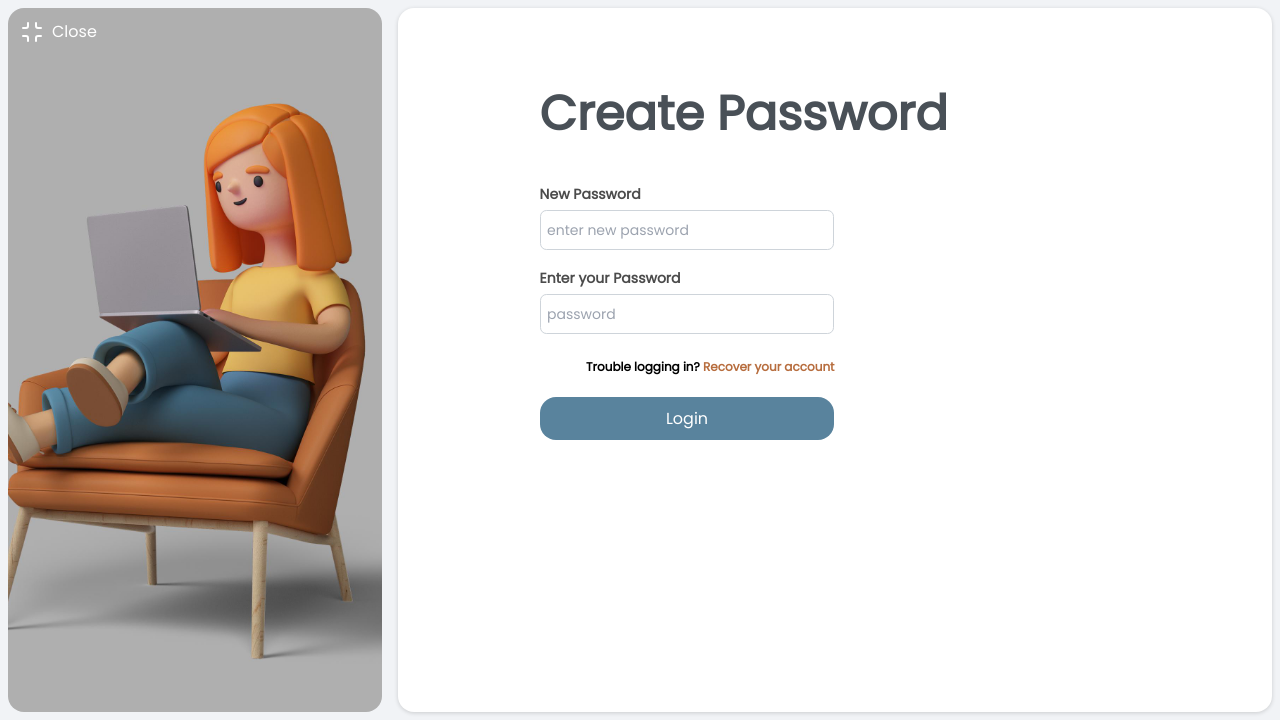
Repository: syni18/cleareyecare
Page: /reset-password (app in client/)
The author's editor kept a copy of each file at every save. The page is drawn from the files as they stood at one save, then again after the next save.
The browser window is 1280 px wide. The pictures show the whole page.
The page's requests for data from a server got no answer. Some web fonts or font styles are not loaded; a fallback is used. Some web libraries are served in a nearby version. The project was rebuilt for these pictures with package versions that can differ from the ones it lists, and the page was loaded fresh each time. No one was signed in, and anything a server would have sent is missing. Also part of the build but not shown: client/vite.config.js, client/src/components/nav/navigation.css, client/src/components/dropdown/Dropdown.jsx, client/src/redux/store/cartStore.js, client/src/components/nav/Navigation.jsx, client/src/components/footer/footer.css, client/src/components/footer/Footer.jsx.

Above is the page before, as saved 2024-11-17 20:52:18.

### client/index.html
<!doctype html>
<html lang="en">
  <head>
    <meta charset="UTF-8" />
    <link rel="icon" type="image/svg+xml" href="/vite.svg" />
    <meta name="viewport" content="width=device-width, initial-scale=1.0" />
    <link rel="stylesheet" type="text/css" charset="UTF-8" href="https://cdnjs.cloudflare.com/ajax/libs/slick-carousel/1.6.0/slick.min.css" />
    <link rel="stylesheet" type="text/css" href="https://cdnjs.cloudflare.com/ajax/libs/slick-carousel/1.6.0/slick-theme.min.css" />
    <title>Clear Eye Care</title>
  </head>
  <body>
    <div id="root"></div>
    <script type="module" src="/src/main.jsx"></script>
  </body>
</html>

### client/src/main.jsx
import React from "react";
import ReactDOM from "react-dom/client";
import App from "./App.jsx";
import "./index.css";
import store from "./redux/store.js";
import { Provider } from "react-redux";
import { QueryClient, QueryClientProvider } from "react-query";

const queryClient = new QueryClient();

ReactDOM.createRoot(document.getElementById("root")).render(
  <React.StrictMode>
    <Provider store={store}>
      <QueryClientProvider client={queryClient}>
        <App />
      </QueryClientProvider>
    </Provider>
  </React.StrictMode>
);

### client/src/App.jsx
import React, { Suspense, lazy } from "react";
import { createBrowserRouter, RouterProvider } from "react-router-dom";
import Navigation from "./components/nav/Navigation";
import Footer from "./components/footer/Footer";
import "./App.css"; // Ensure global CSS is imported

// Dynamic imports
const HomePage = lazy(() => import("./components/homepage/HomePage"));
const Login = lazy(() => import("./components/auth/Login"));
const Signup = lazy(() => import("./components/auth/Signup"));
// new ui
// const Signup = lazy(() => import("./containers/Authentication/signup/Signup"));
const Recovery = lazy(() => import("./components/auth/Recovery"));
const ResetPassword = lazy(() => import("./components/auth/ResetPassword"));
const ShoppingBag = lazy(() => import("./components/cart/ShoppingBag"));
const Profile = lazy(() => import("./components/profile/Profile"));
const ProfileInfo = lazy(() => import("./components/profile/ProfileInfo"));
const ManageAddress = lazy(() => import("./components/address/ManageAddress"));
const PANUpload = lazy(() => import("./components/PANupload/PANUpload"));
const SavedAuthPayCard = lazy(() =>
  import("./components/savedauthpayment/SavedAuthPayCard")
);
const SavedAuthPayUPI = lazy(() =>
  import("./components/savedauthpayment/SavedAuthPayUPI")
);
const GiftCard = lazy(() => import("./components/giftcard/GiftCard"));
const Coupons = lazy(() => import("./components/coupons-offers/Coupons"));
const Watchlist = lazy(() => import("./components/watchlist/Watchlist"));
const Orders = lazy(() => import("./components/orders/Orders"));
const SpecificOrders = lazy(() => import("./components/orders/SpecificOrders"));
const ItemDetails = lazy(() => import("./components/products/ItemDetails"));
const SizeChart = lazy(() => import("./components/sizechart/SizeChart"));
const RateProductForm = lazy(() =>
  import("./components/rateproductform/RateProductForm")
);
const ProductView = lazy(() => import("./components/products/ProductView"));
const BillingAddress = lazy(() => import("./components/cart/BillingAddress"));
const CartLogin = lazy(() => import("./components/empty/CartLogin"));
const Banner = lazy(() => import("./components/banner/Banner"));
const Dashboard = lazy(() => import("./components/game/compnents/Dashboard"));


// Layout Component
const Layout = ({ children, showHeaderFooter = true }) => (
  <>
    {showHeaderFooter && <Navigation />}
    <Suspense fallback={<div>Loading...</div>}>{children}</Suspense>
    {showHeaderFooter && <Footer />}
  </>
);


const router = createBrowserRouter([
  {
    path: "/",
    element: (
      <Layout>
        <Banner />
        <HomePage />
      </Layout>
    ),
  },
  {
    path: "/login",
    element: (
      <Layout showHeaderFooter={false}>
        <Login />
      </Layout>
    ),
  },
  {
    path: "/signup",
    element: (
      <Layout showHeaderFooter={false}>
        <Signup />
      </Layout>
    ),
  },
  {
    path: "/recovery",
    element: (
      <Layout showHeaderFooter={false}>
        <Recovery />
      </Layout>
    ),
  },
  {
    path: "/reset-password",
    element: (
      <Layout showHeaderFooter={false}>
        <ResetPassword />
      </Layout>
    ),
  },
  {
    path: "/cart",
    element: (
      <Layout>
        <ShoppingBag />
      </Layout>
    ),
  },
  {
    path: "/profile",
    element: (
      <Layout>
        <Profile />
      </Layout>
    ),
    children: [
      { path: "", element: <ProfileInfo /> },
      { path: "userinfo", element: <ProfileInfo /> },
      { path: "manage-address", element: <ManageAddress /> },
      { path: "pan-upload", element: <PANUpload /> },
      { path: "saved-auth-payment-cards", element: <SavedAuthPayCard /> },
      { path: "saved-auth-payment-upi", element: <SavedAuthPayUPI /> },
      { path: "saved-auth-giftCards", element: <GiftCard /> },
      { path: "myCoupons", element: <Coupons /> },
      { path: "reviews-ratings", element: <GiftCard /> },
      { path: "watchlist", element: <Watchlist /> },
    ],
  },
  {
    path: "/orders",
    element: (
      <Layout>
        <Orders />
      </Layout>
    ),
  },
  {
    path: "/specific-orders/:id",
    element: (
      <Layout>
        <SpecificOrders />
      </Layout>
    ),
  },
  {
    path: "/item/:id",
    element: (
      <Layout>
        <ItemDetails />
      </Layout>
    ),
    children: [{ path: "", element: <SizeChart /> }],
  },
  {
    path: "/rate&review-pkg",
    element: (
      <Layout>
        <RateProductForm />
      </Layout>
    ),
  },
  {
    path: "/search-items",
    element: (
      <Layout>
        <ProductView />
      </Layout>
    ),
  },
  {
    path: "/cart-address",
    element: (
      <Layout>
        <BillingAddress />
      </Layout>
    ),
  },
  {
    path: "/cart-login",
    element: (
      <Layout>
        <CartLogin />
      </Layout>
    ),
  },
  {
    path: "/game",
    element: (
      <Layout showHeaderFooter={false}>
        <Dashboard />
      </Layout>
    ),
  },
]);

function App() {
  return (
    <main>
      <RouterProvider router={router} />
    </main>
  );
}

export default App;

### client/src/index.css
@tailwind base;
@tailwind components;
@tailwind utilities;

:root {
  font-family: Inter, system-ui, Avenir, Helvetica, Arial, sans-serif;
  line-height: 1.5;
  font-weight: 400;
  background-color: #f1f3f6;;

  text-rendering: optimizeLegibility;
  -webkit-font-smoothing: antialiased;
  -moz-osx-font-smoothing: grayscale;
}
html, body {
  height: 100%;
  margin: 0;
}

/* Flexbox setup on the body to push the footer down */
body {
  display: flex;
  flex-direction: column;
  justify-content: space-between; /* This will push the footer to the bottom */
}

.footer-wrapper {
  margin-top: auto; /* This will automatically adjust the margin to push the footer to the bottom */
}

### client/src/redux/store.js
// src/redux/store.js
import { configureStore } from '@reduxjs/toolkit';
import cartReducer from './reducer/cartReducer';
import watchlistReducer from './reducer/watchlistReducer';

const store = configureStore({
  reducer: {
    cart: cartReducer,
    watchlist: watchlistReducer,
  },
});

export default store;

### client/src/App.css
@import url('https://fonts.googleapis.com/css2?family=Bellota:wght@700&family=Poppins&family=Quicksand:wght@300&display=swap');
*{
    margin: 0;
    padding: 0;
    box-sizing: border-box;
    font-family: Poppins;
}
ul{
  list-style: none;
}

a {
  color: black;
  text-decoration: none;
}
input::-webkit-inner-spin-button,
input::-webkit-outer-spin-button{
    -webkit-appearance: none;
    margin: 0;
}
input::-webkit-search-cancel-button{
    display: none;
}

### client/src/components/auth/ResetPassword.jsx
import { useFormik } from 'formik';
import { Minimize } from 'lucide-react';
import React from 'react'
import './login.css';
import { Link, Navigate, useNavigate } from 'react-router-dom';
import { resetPasswordValidation } from '../../helper/validate';
import { resetPassword } from '../../helper/helper';
import { useAuthStore } from '../../redux/store/authStore';
import toast, { Toaster } from "react-hot-toast";
import useFetch from '../../hooks/fetchHooks';
import AuthLeftBox from './AuthLeftBox';

const FormField = ({ label, type, id, placeholder, formikProps }) => (
  <>
    <label htmlFor={id}>{label}</label>
    <input type={type} id={id} placeholder={placeholder} {...formikProps} />
  </>
);

function ResetPassword() {
  const {useremail} = useAuthStore(state => state.auth);
  const [{ isLoading, apiData, status, serverError }] = useFetch("createResetSession");
  const {handleSubmit, getFieldProps} = useFormik({
    initialValues: {
      password: "",
      confirmPassword: ""
    },
    validate: resetPasswordValidation,
    validateOnBlur: false,
    validateOnChange:false,
    onSubmit: async (values) => {
      console.log("values: ", values, useremail);
      let resetPromise = resetPassword({useremail, password: values.password});

      toast.promise(resetPromise, {
        loading: 'Updating...',
        success: <b>Reset Succesfully.</b>,
        error: <b>Could not Reset! Try again</b>
      })
      resetPromise.then(function(){
        navigate('/login')
      })
    }
  })
  const navigate = useNavigate();
  const handleCloseBox = () => {
    navigate("/");
  };
    // if (isLoading) return <h1 className="text-2xl font-bold">isLoading</h1>;
    // if (serverError)
    //   return <h1 className="text-xl text-red-500">{serverError.message}</h1>;
    // if (status && status !== 201)
    //   return <Navigate to={"/login"} replace={true}></Navigate>;
  return (
    <section className="login-wrapper">
      <Toaster position="bottom-right" />
      <div className="login-container">
        <AuthLeftBox />
        <div className="loco-right">
          <div className="lort-box">
            <span className="lrtb-header">Create Password</span>
            <form className="login-form-wrapper" onSubmit={handleSubmit}>
              <FormField
                label="New Password"
                type="text"
                id="pswd-help"
                placeholder="enter new password"
                fieldProps={getFieldProps("newpassword")}
              />
              <FormField
                label="Enter your Password"
                type="password"
                id="paswd-help"
                placeholder="password"
                fieldProps={getFieldProps("password")}
              />
              <div className="lfw-forget">
                Trouble logging in?
                <Link to="/recovery">
                  <span className="lfw-forget-link">Recover your account</span>
                </Link>
              </div>
              <button type="submit">Login</button>
              {/* <Link to='/signup'>
                <button type="button" id="lfw-create-account">
                  Create Account
                </button>
              </Link> */}
            </form>
          </div>
        </div>
      </div>
    </section>
  );
}

export default ResetPassword

### client/src/components/auth/login.css
:root {
    --primary-color: #59839d;
    --secondary-color: #f1f3f6;
    --text-color: #495057;
    --border-color: #ced4da;
    --hover-bg-color: #f8f9fa;
    --light-bg-color: #ffffff;
}

.login-wrapper {
    width: 100%;
    height: 100vh;
    display: flex;
    align-items: center;
    justify-content: center;
    background-color: var(--secondary-color);
}

.auth-wrap-close {
    position: absolute;
    top: 20px;
    left: 20px;
    color: white;
    display: flex;
    align-items: center;
    cursor: pointer;
}

.auth-wrap-close .auth-wrcl-text {
    margin-left: 0.5rem;
}

.login-container {
    position: relative;
    width: 100%;
    height: 100%;
    display: flex;
}

.login-container .loco-left {
    flex: 30%;
    display: flex;
    flex-direction: column;
    justify-content: center;
    margin: 0.5rem;
    border-radius: 16px;
    background-image: url('../../assets/5141092.jpg'); /* Replace with your image path */
    background-size: cover;
    background-position: center;
    background-repeat: no-repeat;
    color: #ffffff;
}

.login-container .loco-left h1 {
    font-size: 3rem;
    font-weight: 500;
    width: max-content;
    margin-left: 2rem;
    border-bottom: 7px solid #ffffff;
    border-radius: 4px;
}

.login-container .loco-left h3,
.login-container .loco-left h5 {
    font-weight: normal;
    margin-top: 1rem;
    margin-left: 2rem;
}

.login-container .loco-right {
    flex: 70%;
    box-shadow: rgba(0, 0, 0, 0.16) 0px 1px 4px;
    display: flex;
    justify-content: center;
    align-items: center;
    margin: 0.5rem;
    border-radius: 16px;
    flex-direction: column;
    background-color: var(--light-bg-color);
}

.lort-box {
    width: 75%;
    /* border: 1px solid black; */
    height: 80%;
}

.lort-already {
    width: 80%;
    margin: 1rem;
    text-align: right;
}

.lrtady-link {
    cursor: pointer;
}

.lrtady-span-text {
    opacity: 0.5;
    font-size: 14px;
}

.lrtady-login {
    color: #b76d3e;
    font-weight: 600;
    margin-left: 0.25rem;
    font-size: 14px;
}

.lrtb-header {
    margin: 1rem 1rem 1rem 2rem;
    font-size: 48px;
    color: var(--text-color);
    font-weight: 900;
}

.social-signup {
    display: flex;
    gap: 1rem;
    margin: 3rem 1rem 1rem 2rem;
}

.social-btn {
    display: flex;
    align-items: center;
    justify-content: center;
    gap: 0.5rem;
    padding: 0.40rem 2.1rem;
    border: 1px solid var(--border-color);
    border-radius: 9px;
    text-decoration: none;
    color: var(--text-color);
    background-color: var(--light-bg-color);
    transition: background-color 0.3s ease, transform 0.2s ease;
}

.social-btn:hover {
    background-color: var(--hover-bg-color);
    transform: scale(1.0);
}

.google-btn svg,
.facebook-btn svg {
    width: 1.5rem;
    height: 1.5rem;
}

.horizontal-divider-with-text {
    display: flex;
    margin: 3rem 1rem 1rem 2rem;
    width: 45%;
    font-size: 14px;
    font-weight: 600;
}

.horizontal-divider-with-text span {
    font-size: 1rem;
    font-weight: bold;
    color: #555;
}

.loco-right .login-form-wrapper {
    width: 45%;
    margin: 2rem 1rem 2rem 2rem;
}

.login-form-wrapper label {
    font-size: 14px;
    font-weight: 600;
    opacity: 0.7;
}

.login-form-wrapper input {
    outline: none;
    border: 1px solid var(--border-color);
    width: 100%;
    height: 2.5rem;
    font-size: 14px;
    padding-left: 0.4rem;
    margin: 0.25rem 0 1rem 0;
    border-radius: 0.4rem;
    background-color: var(--light-bg-color);
}

.login-form-wrapper input:focus::-webkit-input-placeholder {
    color: transparent;
}

.login-form-wrapper p {
    margin-top: 1.5rem;
    font-size: 12px;
}

.login-form-wrapper p em {
    color: var(--primary-color);
    cursor: pointer;
}

.lfw-name {
    display: flex;
}

.lfw-name span:first-child {
    margin-right: 0.5rem;
}

.login-form-wrapper button,
.login-linkbtn {
    width: 100%;
    margin-top: 0.8rem;
    border-radius: 1rem;
    border: none;
    padding: 0.6rem 2rem;
    background: var(--primary-color);
    color: #ffffff;
    cursor: pointer;
}
#lfw-create-account {
    width: 100%;
    margin-top: 0.8rem;
    border-radius: 9rem;
    border: none;
    padding: 0.6rem 2rem;
    background: #b76d3e;
    color: #ffffff;
    cursor: pointer;
}

.lfw-forget{
    font-size: 12px;
    width: 100%;
    margin: 0.5rem 0;
    text-align: right;
    /* border: 1px solid black; */
    font-weight: 900;
}
.lfw-forget-link {
    color: #b76d3e;
    margin-left: 0.2rem;
}
/* Responsive Styles */
@media (max-width: 1200px) {
    .login-container {
        flex-direction: column; /* Stack the left and right sections on smaller screens */
    }

    .login-container .loco-left,
    .login-container .loco-right {
        flex: 100%; /* Full width for both sections */
        margin: 0; /* Remove margins for better alignment */
    }

    .lort-box {
        width: 90%; /* Adjust width for smaller screens */
    }

    .loco-right .login-form-wrapper {
        width: 90%; /* Adjust form width */
    }
}

@media (max-width: 992px) {
    .lbtb-header {
        font-size: 36px; /* Reduce header size */
    }

    .social-signup {
        flex-direction: column; /* Stack social buttons */
        align-items: center; /* Center align */
    }

    .social-btn {
        width: 100%; /* Full width for social buttons */
        margin-bottom: 1rem; /* Add space between buttons */
    }
}

@media (max-width: 768px) {
    .login-container .loco-left h1 {
        font-size: 2.5rem; /* Reduce heading size */
    }

    .login-container .loco-left h3,
    .login-container .loco-left h5 {
        margin-left: 1rem; /* Reduce margin */
    }

    .login-form-wrapper label {
        font-size: 12px; /* Reduce label size */
    }

    .login-form-wrapper input {
        height: 2rem; /* Reduce input height */
    }

    .login-form-wrapper button {
        padding: 0.5rem 1.5rem; /* Adjust button padding */
    }
}

@media (max-width: 576px) {
    .login-container {
        flex-direction: column; /* Stack entire login container */
    }
    .login-container .loco-left {
        display: none; /* Hide the AuthLeftbox component */
    }
    .lort-already {
        display: none; /* Hide the element */
    }
    .login-container .loco-left,
    .login-container .loco-right {
        flex: 100%; /* Full width */
    }

    .lort-box {
        width: 95%; /* Adjust box width */
    }

    .horizontal-divider-with-text {
        width: 90%; /* Adjust width for smaller screens */
    }

    .login-form-wrapper {
        width: 100%; /* Full width for form wrapper */
    }
}

### client/src/components/auth/AuthLeftBox.jsx
import React from 'react'
import { Minimize } from "lucide-react";
import { useNavigate } from 'react-router-dom';

function AuthLeftBox() {
  const navigate = useNavigate();
    const handleCloseBox = () => {
      navigate("/");
    };
  return (
    <>
      {" "}
      <span className="auth-wrap-close" onClick={handleCloseBox}>
        <Minimize /> <span className="auth-wrcl-text">Close</span>
      </span>
      <div className="loco-left">

      </div>
    </>
  );
}

export default AuthLeftBox

### client/src/components/dropdown/dropdown.css
:root {
  --primary-bg: #242526;
  --secondary-bg: #fff;
  --primary-text-color: #555;
  --secondary-text-color: #cecece;
  --border-radius: 4px;
  --speed: 500ms;
}
.auth-dropdown-wrapper{
  position: absolute;
  top:50px;
  right: 150px;
  background-color: #fff;
  border-radius: var(--border-radius);
  /* padding: 8px 15px; */
  width: 150px;
  border: 1px solid #d3d3d3;
}
.auth-dropdown-wrapper::before{
  content: '';
  position: absolute;
  z-index: ;
  top: -25px;
  right: 5px;
  background-color: transparent;
  /* border: 1px solid #d3d3d3; */
  height: 25px;
  width: 45px;

  transform: rotate(90deg);
}
.dropdown-menu.active{
  opacity: 1;
  visibility: visible;
  transform: translateY(0);
  transition: var(--speed) ease;
}

.dropdown-menu.inactive{
  opacity: 0;
  visibility: hidden;
  transform: translateY(-20px);
  transition: var(--speed) ease;
}
.auth-dropdown-container li a{
  display: flex;
  align-items: center;
  justify-content: space-between;
  /* margin: 0.5rem 0; */
  padding: 8px  10px;
  /* border-top: 1px solid rgba(0, 0, 0, 0.05); */
}
.auth-dropdown-container li .lucide {
  color: #555;
}
.auth-dropdown-container li:hover{
  background-color: #f1f3f6;
  border-radius: 4px;
  color: #007bff;
  /* font-weight: 600; */
}
.auth-dropdown-container li:hover .lucide{
  color: #f1f3f6 !important;
  fill: #007bff;
}

### client/tailwind.config.js
/** @type {import('tailwindcss').Config} */
module.exports = {
  content: [
    "./src/**/*.{js,jsx,ts,tsx}", // Targeting React component files
    "./public/index.html", // Include HTML entry file if necessary
  ],
  theme: {
    extend: {
      colors: {
        customBlue: "#1B9C9C",
        customGray: "#333333",
      },
    },
  },
  plugins: [],
};

Loaded but not shown: client/src/helper/helper.js (351 lines, source omitted); client/src/redux/reducer/watchlistReducer.js (128 lines, source omitted); client/src/helper/validate.js (112 lines, source omitted); client/src/redux/reducer/cartReducer.js (57 lines, source omitted); client/src/hooks/fetchHooks.js (42 lines, source omitted); client/src/redux/store/authStore.js (18 lines, source omitted)

After the next save:
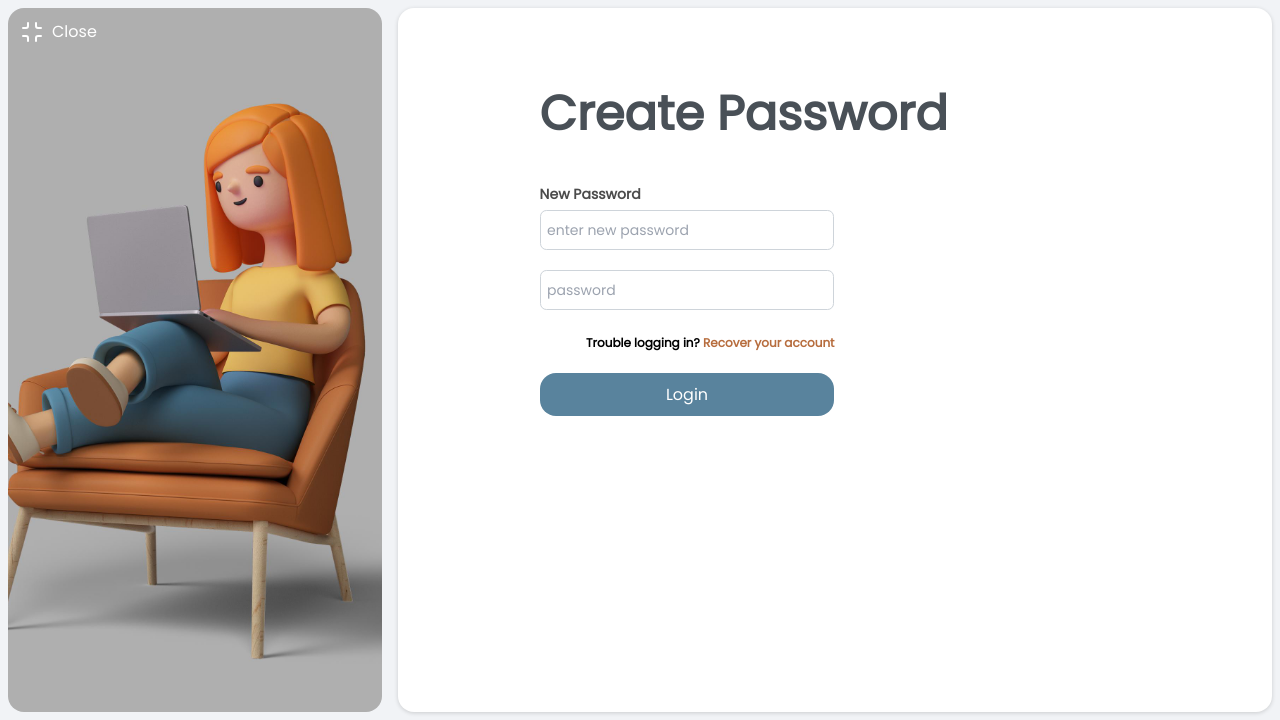
Saved 15 s later.
--- a/client/src/components/auth/ResetPassword.jsx
+++ b/client/src/components/auth/ResetPassword.jsx
@@ -68,7 +68,7 @@
                 fieldProps={getFieldProps("newpassword")}
               />
               <FormField
-                label="Enter your Password"
+                label=""
                 type="password"
                 id="paswd-help"
                 placeholder="password"

After the 2 saves that followed:
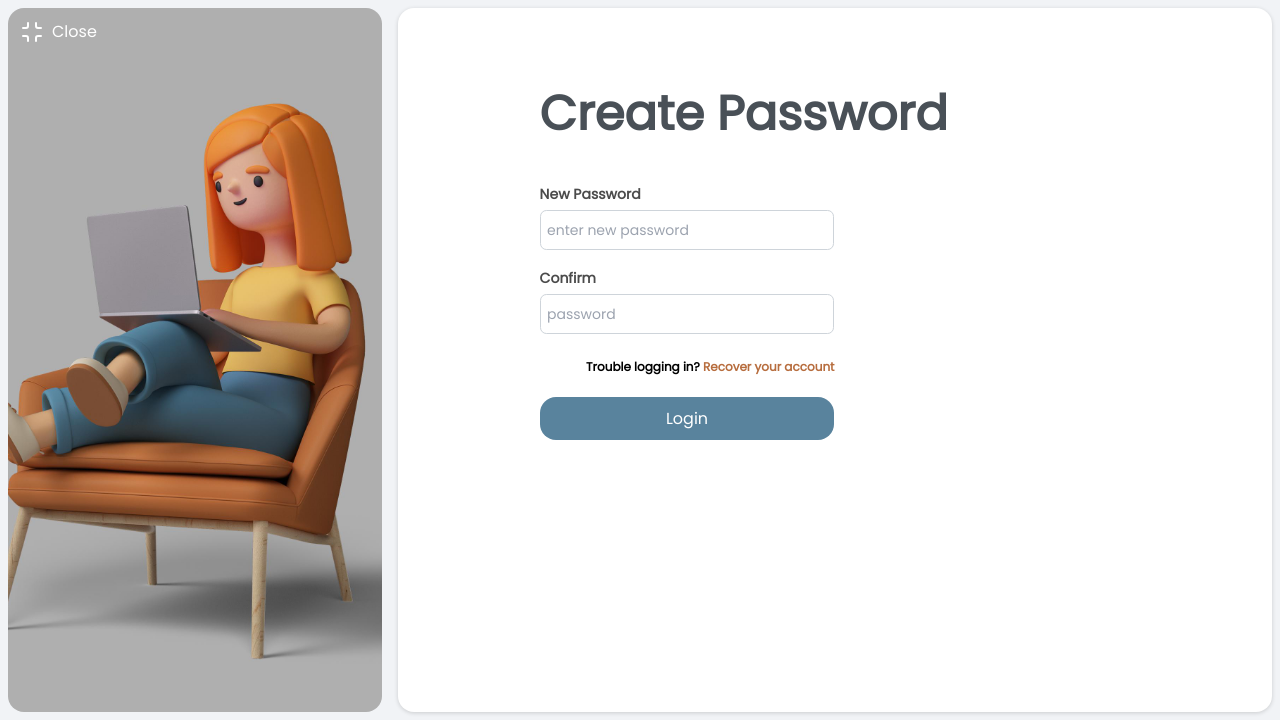
The 2 saves are shown as one change because they came seconds apart.
The last was saved 6 s later.
--- a/client/src/components/auth/ResetPassword.jsx
+++ b/client/src/components/auth/ResetPassword.jsx
@@ -68,7 +68,7 @@
                 fieldProps={getFieldProps("newpassword")}
               />
               <FormField
-                label=""
+                label="Confirm "
                 type="password"
                 id="paswd-help"
                 placeholder="password"
